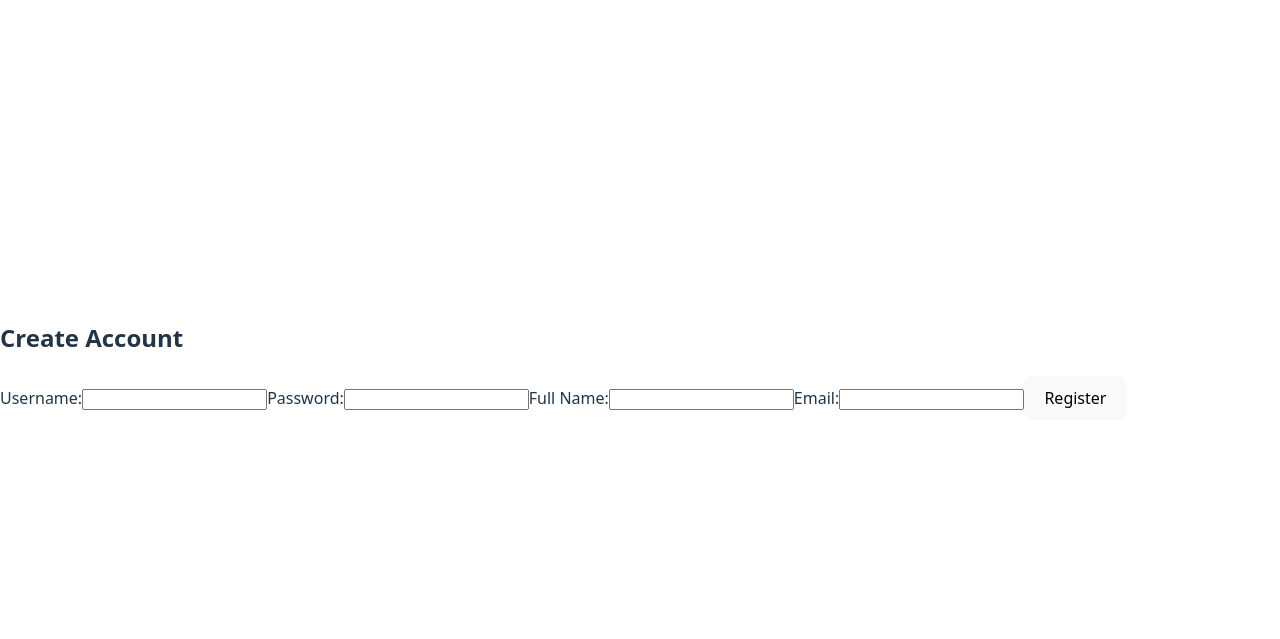
Repository: skanderch/Asmodeus
Page: /register (app in asmodeus/)
The author's editor kept a copy of each file at every save. The page is drawn from the files as they stood at one save, then again after the next save.
The browser window is 1280 px wide. The pictures show the whole page.
The project was rebuilt for these pictures with package versions that can differ from the ones it lists, and the page was loaded fresh each time. Also part of the build but not shown: asmodeus/vite.config.js, asmodeus/src/pages/Home.jsx, asmodeus/src/pages/Login.jsx, asmodeus/src/pages/Dashboard.jsx.

Above is the page before, as saved 2025-10-13 14:08:46.

After the next save:
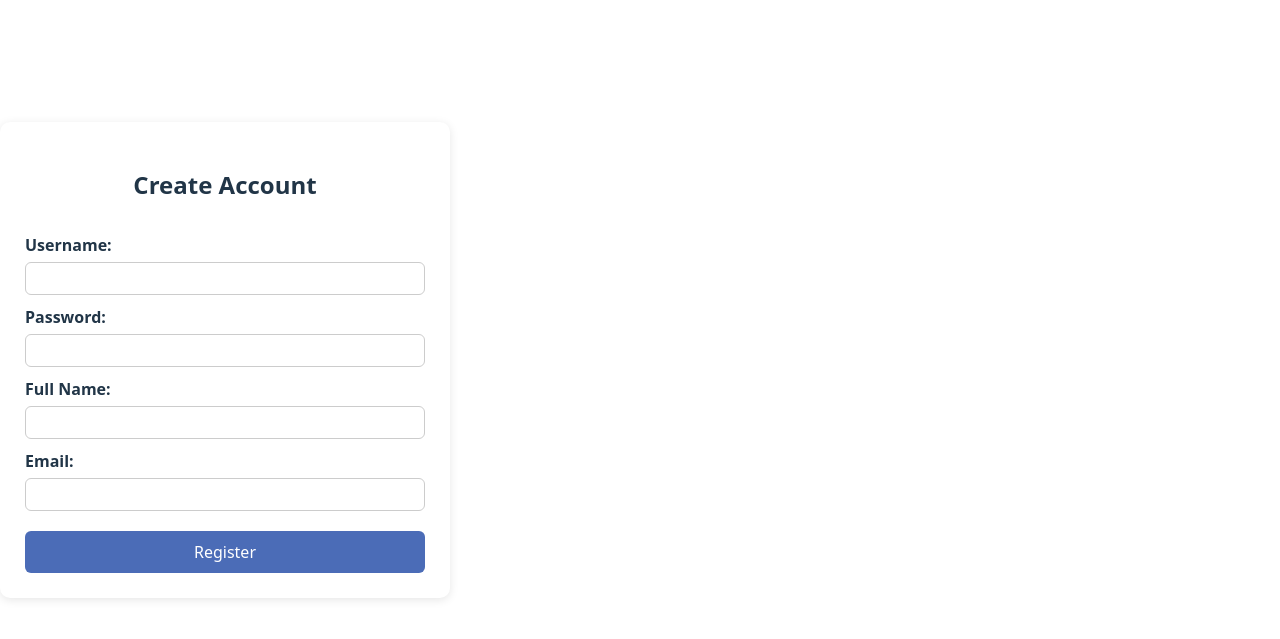
Saved 19 s later.
--- a/asmodeus/src/pages/Register.css
+++ b/asmodeus/src/pages/Register.css
@@ -1,13 +1,51 @@
+.register-container {
+  width: 400px;
+  margin: 50px auto;
+  background: white;
+  padding: 25px;
+  border-radius: 10px;
+  box-shadow: 0 2px 10px rgba(0,0,0,0.1);
+}
+
+.register-container h2 {
+  text-align: center;
+  margin-bottom: 20px;
+}
+
+form {
+  display: flex;
+  flex-direction: column;
+}
+
+label {
+  margin-top: 10px;
+  font-weight: bold;
+}
+
+input {
+  margin-top: 5px;
+  padding: 8px;
+  border: 1px solid #ccc;
+  border-radius: 6px;
+}
+
+button {
+  margin-top: 20px;
+  padding: 10px;
+  background-color: #4b6cb7;
+  color: white;
+  border: none;
+  border-radius: 6px;
+  cursor: pointer;
+}
+
+button:hover {
+  background-color: #395591;
+}
+
 .message {
   margin-top: 15px;
   text-align: center;
   font-weight: bold;
+  color: #333;
 }
-
-.message:has(> [data-success]) {
-  color: green;
-}
-
-.message:has(> [data-error]) {
-  color: red;
-}
